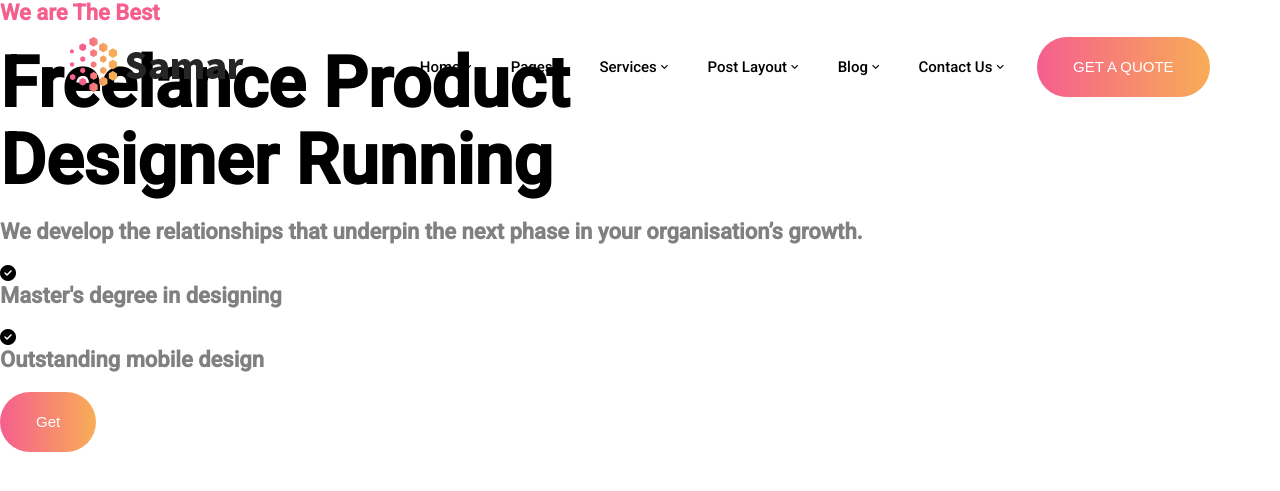
Repository: truongcongtrung2709/truongcongtrung__samar
Page: index.html
An editor plug-in stored every save of this project. The page is shown before and after the next save, followed by the edit.
The browser window is 1280 px wide. The pictures show the whole page.
Some web libraries are served in a nearby version.

Above is the page before, as saved 2022-06-22 20:55:39.

### index.html
<!DOCTYPE html>
<html lang="en">

<head>
  <meta charset="UTF-8">
  <meta http-equiv="X-UA-Compatible" content="IE=edge">
  <meta name="viewport" content="width=device-width, initial-scale=1.0">
  <title>Samar</title>
  <link rel="stylesheet" href="style.css">
  <link rel="stylesheet" href="https://cdnjs.cloudflare.com/ajax/libs/font-awesome/6.1.1/css/all.min.css"
    integrity="sha512-KfkfwYDsLkIlwQp6LFnl8zNdLGxu9YAA1QvwINks4PhcElQSvqcyVLLD9aMhXd13uQjoXtEKNosOWaZqXgel0g=="
    crossorigin="anonymous" referrerpolicy="no-referrer" />
  <link rel="preconnect" href="https://fonts.googleapis.com">
  <link rel="preconnect" href="https://fonts.gstatic.com" crossorigin>
  <link href="https://fonts.googleapis.com/css2?family=Oswald:wght@200&family=Roboto:wght@500&display=swap"
    rel="stylesheet">
</head>

<body>
  <header>
    <div class="container">
      <div class="header__content">
        <div class="logo">
          <a href=""><img src="./images/logo-2.png" alt=""></a>
        </div>
        <div class="menu">
          <ul>
            <li><a href=""><span>Home</span> <i class="fa-solid fa-angle-down"></i></a></li>
            <li><a href="">
                <span>Pages</span><i class="fa-solid fa-angle-down"></i></a></li>
            <li><a href=""><span>Services</span> <i class="fa-solid fa-angle-down"></i></a></li>
            <li><a href=""><span>Post Layout</span> <i class="fa-solid fa-angle-down"></i></a></li>
            <li><a href=""><span>Blog</span> <i class="fa-solid fa-angle-down"></i></a></li>
            <li><a href=""><span>Contact Us</span> <i class="fa-solid fa-angle-down"></i></a></li>
          </ul>
          <div class="header__button">
            <button class="linear-gradient-btn">GET A QUOTE</button>
          </div>

        </div>
      </div>
    </div>
  </header>
  <section id="intro">
    <div class="container">
      <div class="intro__content">
        <div class="intro__left">
          <p>We are The Best</p>
          <h1>Freelance Product<br>Designer Running</h1>
          <p class="text__gray">We develop the relationships that underpin the next phase in your
            organisation’s growth.</p>
          <ul>
            <li>
              <i class="fa-solid fa-circle-check"></i>
              <p class="text__gray">Master's degree in designing</p>
            </li>
            <li>
              <i class="fa-solid fa-circle-check"></i>
              <p class="text__gray">Outstanding mobile design</p>
            </li>
          </ul>
          <div class="intro__button">
            <button class="linear-gradient-btn">Get</button>
          </div>
        </div>
        <div class="intro-right">

        </div>
      </div>
    </div>
  </section>
</body>

</html>

### style.css
*{
  padding: 0;
  margin: 0;
  box-sizing: border-box;

}
body{
  position: relative;
  font-family: Roboto,sans-serif;
}
h1{
  font-size: 70px;
    line-height: 1.1;
    font-weight: 800;
    color: black;
    margin-bottom: 20px;
}
p{
  font-weight: 600;
  font-size: 22px;
  margin-bottom: 20px;
  color: #f55f8d;
}
.text__gray{
  font-size: 22px;
  margin-bottom: 20px;
  color:gray !important;
}
.linear-gradient-btn{
  padding: 20px 35px;
  font-size:15px;
  border-radius: 30px;
  border: 1px solid transparent;
  color: white;
  background-image:linear-gradient(to right,#f55f8d 0,#f8ae56 51%,#f55f8d 100%);
  transition: all .5s ;
  cursor: pointer;
  line-height: 1.2;
  background-size: 200%;
  outline: none;
  }
.linear-gradient-btn:hover{
    background-position: right center;
}
/* ----------------------Header---------------------- */
header{
    position: absolute;
    width: 100%;
    top: 0;
    left: 0;
}
header .container{
  width: 89%;
  margin: 0 auto;
}
header .container .header__content{
    display: flex;
    justify-content: space-between;
    align-items: center;
}
.menu{
  display:flex;
  align-items: center;
}
.menu ul{
    display: flex;
    list-style: none;
}
.menu ul li{
  padding: 57px 6px;
}
.menu ul li a{
  text-decoration: none;
  color: black;
  font-size: 15px;
  margin-right:27px;
  font-weight: 500;
}
.menu ul li a span{
  display:inline-block;
}
.menu ul li:hover i{
  color:#f55f8d;
}
.menu ul li:hover span{
  color:#f55f8d;
  animation:upDown .3s forwards;
}
@keyframes upDown {
  60%{
    transform: translateY(20px);
  }
  70%{
    opacity: 0;
    transform: translateY(-20px);
  }
  80%{
    opacity: 1;
  }
}
.menu ul i{
  font-size: 9px;
    margin-top: -3px;
    vertical-align: middle;
}
/* ----------Intro---------- */

After the next save:
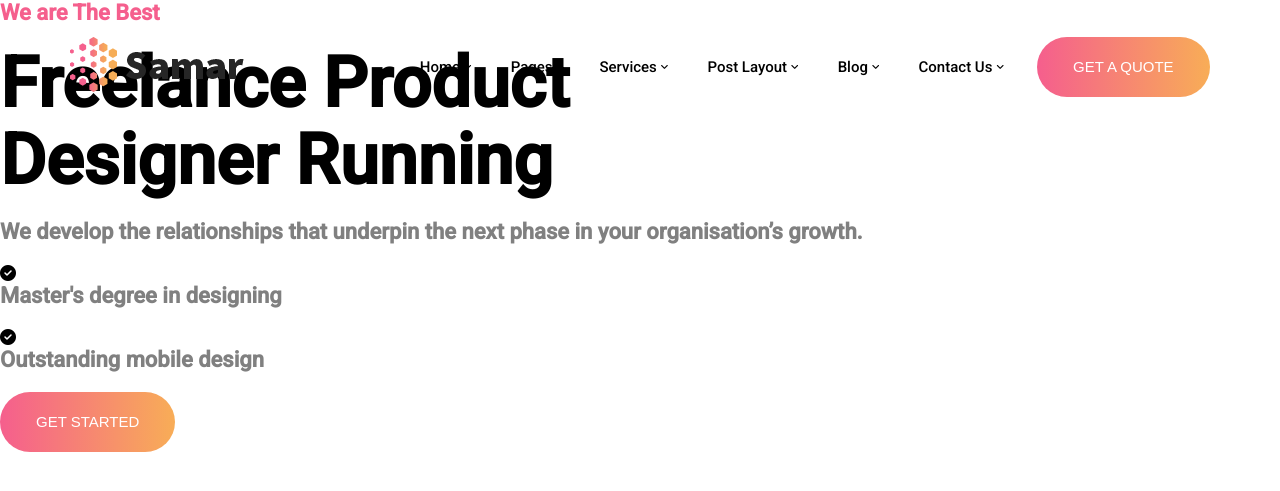
Saved 23 s later.
--- a/index.html
+++ b/index.html
@@ -60,7 +60,7 @@
             </li>
           </ul>
           <div class="intro__button">
-            <button class="linear-gradient-btn">Get</button>
+            <button class="linear-gradient-btn">GET STARTED</button>
           </div>
         </div>
         <div class="intro-right">
